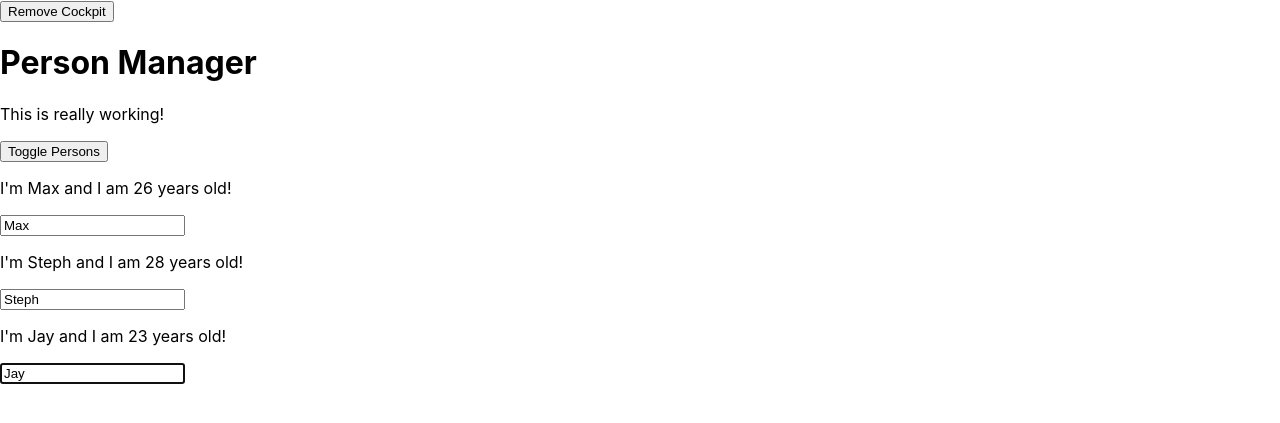
Repository: legil/first-react-app
Page: /
The author's editor kept a copy of each file at every save. The page is drawn from the files as they stood at one save, then again after the next save.
The browser window is 1280 px wide. The pictures show the whole page.
The project was rebuilt for these pictures with package versions that can differ from the ones it lists, and the page was loaded fresh each time. Also part of the build but not shown: src/containers/App.css, src/components/Persons/Person/Person.css, src/components/Cockpit/Cockpit.css.

Above is the page before, as saved 2019-04-10 21:43:50.

### src/index.js
import React from 'react';
import ReactDOM from 'react-dom';
import './index.css';
import App from './containers/App';
import * as serviceWorker from './serviceWorker';

ReactDOM.render(<App appTitle = "Person Manager"/>, document.getElementById('root'));

// If you want your app to work offline and load faster, you can change
// unregister() to register() below. Note this comes with some pitfalls.
// Learn more about service workers: https://bit.ly/CRA-PWA
serviceWorker.unregister();

### src/containers/App.js
import React, { Component } from 'react';

import classes from './App.css';
import Persons from '../components/Persons/Persons';
import Cockpit from '../components/Cockpit/Cockpit';
import withClass from '../hoc/withClass';
import Aux from '../hoc/Auxiliary';

class App extends Component {
  constructor(props){
    super(props);
    console.log('[App.js] constructor');
  }

  state = {
    persons: [
      { id: '1', name: 'Max', age: 26 },
      { id: '2', name: 'Steph', age: 28 },
      { id: '3', name : 'Jay', age: 23 }
    ],
    otherState: 'some other value',
    showPersons: false,
    showCockpit: true,
    changeCounter: 0
  }

  static getDerivedStateFromProps(props, state){
    console.log('[App.js] getDerivedStateFromProps', props)
    return state;
  }

  componentDidMount(){
    console.log('[App.js] componentDidMount');
  }

  shouldComponentUpdate(nextProps, nextState){
    console.log('[App.js] shouldComponentUpdate');
    return true; //default
  }

  componentDidUpdate(){
    console.log('[App.js] componentDidUpdate');
  }


  //binding and two way binding example - on type
  nameChangedHandler = (event, id) => {
    const personIndex = this.state.persons.findIndex(p => {
      return p.id === id;
    })

    const person = {...this.state.persons[personIndex]};
    //const person = Object.assign({}, this.state.persons[personIndex]);

    person.name = event.target.value;

    const persons = [...this.state.persons];
    persons[personIndex] = person;

    this.setState((prevState, props) => {
      return{
        persons: persons,
        changeCounter: this.state.changeCounter + 1
      };
    });
  };

  deletePersonHandler = (personIndex) => {
    //const persons = this.state.persons.slice(); //makes copy of original array instead of referencing
    const persons = [...this.state.persons];
    persons.splice(personIndex, 1);
    this.setState({persons: persons});

  }

 togglePersonsHandler = () => {
      const doesShow = this.state.showPersons;
      this.setState({showPersons : !doesShow})
    }

  render() {
    console.log('[App.js] render');
    let persons = null;

    if(this.state.showPersons){
      persons = ( <Persons
            persons = {this.state.persons}
            clicked={this.deletePersonHandler}
            changed = {this.nameChangedHandler}
          />

      );


    }

    return (
      <Aux>
        <button onClick = {() => {this.setState({showCockpit: false})}}>
          Remove Cockpit
        </button>
        {this.state.showCockpit ? (
        <Cockpit title = {this.props.appTitle}
                showPersons={this.state.showPersons}
                 personsLength = {this.state.persons.length}
                 clicked = {this.togglePersonsHandler} />
          ) : null}
          {persons}
      </Aux>
    );
    //^ bind is better to avoid too much re rendering
   // return React.createElement('div', {className: 'App'}, React.createElement('h1', null, 'Does this work now?'));
  }
}

export default withClass(App, classes.App);

### src/components/Persons/Persons.js
import React, { PureComponent } from 'react';
import Person from './Person/Person';

class Persons extends PureComponent{
        static getDerivedStateFromProps(props, state){
                console.log('[Persons.js] getDerivedStateFromProps');
                return state;
        }

        //componentWillMount() -- legacy, shouldn't be used anymore but exist in older apps

        /* componentWillRecieveProps(props){
                console.log('[Persons.js] componentWillRecieveProps', props);
        } */



       /*  shouldComponentUpdate(nextProps, nextState) {
                console.log('[Persons.js] shouldComponentUpdate');
                if(nextProps.persons !== this.props.persons ||
                   nextProps.changed !== this.props.changed ||
                   nextProps.clicked !== this.props.clicked ){
                      return true;
                }
                else {
                        return false;
                }
        } */

        getSnapshotBeforeUpdate(prevProps, prevState) {
                console.log('[Persons.js getSnapshotBeforeUpdate');
                return {message: 'Snapshot!'};
        }

       /*  componentWillUpdate(){

        } */

        componentDidUpdate(prevProps, prevState, snapshot){
                console.log('[Persons.js] componentDidUpdate');
                console.log(snapshot);
        }

        componentWillUnmount(){
                //any code to run before component is removed goes here
                console.log('[Persons.js] componentWillUnmount');
        }

        render() {
                 console.log('[Persons.js] rendering...');
                 return this.props.persons.map((person, index) => {
                        return (
                                <Person
                                click = {() => this.props.clicked(index)}
                                name = {person.name}
                                age = {person.age}
                                key = {person.id}
                                changed = {(event) => this.props.changed(event, person.id)}/>
                        );
                });
        }
}



export default Persons;

### src/components/Cockpit/Cockpit.js
import React, {useEffect, useRef } from 'react';
import classes from './Cockpit.css';

const cockpit = ( props ) => {
  const toggleBtnRef = React.useRef(null);


    useEffect(() => { //runs after the component renders teh first time
      console.log('[Cockpit.js] useEffect');
      // HttpRequest like componentDidUpdate
      /* setTimeout(() => {
        alert('Saved data');
      }, 1000); */
      toggleBtnRef.current.click();
      return () => {
        console.log('[Cockpit.js] cleanup work in useEffect()]');
      }
    }, []);

    useEffect(() => {
      console.log('[Cockpit.js] 2nd useEffect');
      return () => {
        console.log('[Cockpit.js] cleanup work in 2nd useEffect()]');
      }
    })

    const assignedClasses = [];
    let btnClass= '';
    if (props.showPersons){
     btnClass = classes.Red;
    }



    if(props.personsLength <= 2){
      assignedClasses.push(classes.red); //classes = ['red']
    }
    if(props.personsLength <= 1){
      assignedClasses.push(classes.bold); //classes = ['red', 'bold']
    }

    return (
        <div className={classes.Cockpit}>
            <h1> {props.title} </h1>
            <p className = {assignedClasses.join(' ')}> This is really working!</p>
            <button ref = {toggleBtnRef}
                    className = {btnClass}
                    onClick = {props.clicked}>Toggle Persons</button>
        </div>
    );
}

export default React.memo(cockpit);

### src/hoc/withClass.js
import React from 'react';

const withClass = (WrappedComponent, className) => {
    return props => (
        <div className = {className}>
            <WrappedComponent {...props}/>

        </div>
    )
}










/* <div className = {props.classes}>
        {props.children}
    </div> */


export default withClass;

### src/components/Persons/Person/Person.js
import React, {Component} from 'react';
import PropTypes from 'prop-types';

import Aux from '../../../hoc/Auxiliary';
import withClass from '../../../hoc/withClass';
import classes from './Person.css';




class Person extends Component{
    constructor(props){
        super(props);
        this.inputElementRef = React.createRef();
    }

    componentDidMount(){
        //this.inputElement.focus();
        this.inputElementRef.current.focus();
    }

    render() {
    console.log('[Person.js] rendering ...');
        return (
        <Aux>
            <p key = "i1" onClick={this.props.click}>I'm {this.props.name} and I am {this.props.age} years old!</p>
            <p key = "i2">{this.props.children}</p>
            <input key ="i3"
            type="text"
            // ref ={(inputEl) => {this.inputElement = inputEl}}
            ref={this.inputElementRef}
            onChange={this.props.changed}
            value = {this.props.name}/>
        </Aux>
        );
    }
}

Person.propTypes = {
    click: PropTypes.func,
    name: PropTypes.string,
    age: PropTypes.number,
    changed: PropTypes.func
};
export default withClass(Person, classes.Person);

Loaded but not shown: public/index.html (common file); src/index.css (common file); src/serviceWorker.js (common file); src/hoc/Auxiliary.js (common file)

After the next save:
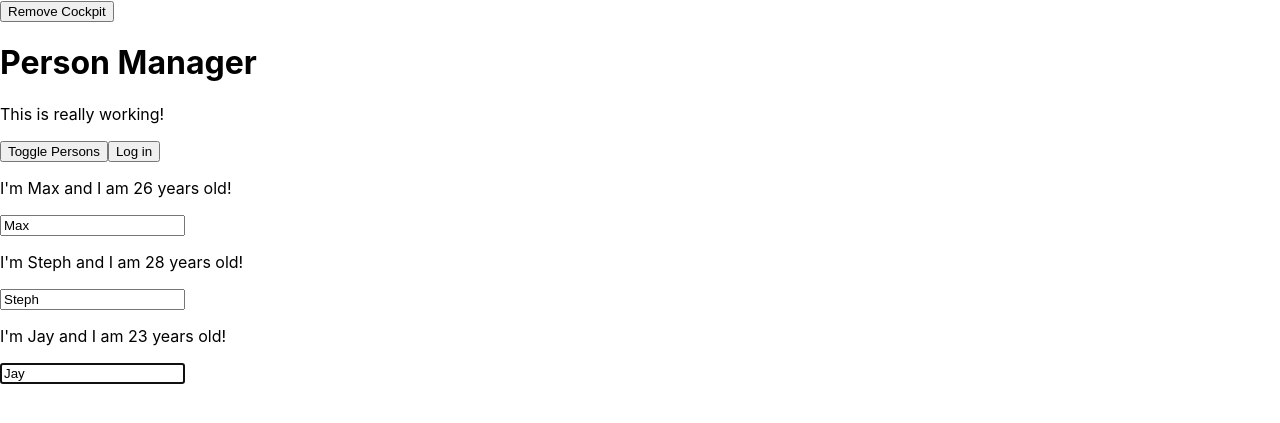
Saved 6 min 20 s later.
--- a/src/containers/App.js
+++ b/src/containers/App.js
@@ -21,7 +21,8 @@ class App extends Component {
     otherState: 'some other value',
     showPersons: false,
     showCockpit: true,
-    changeCounter: 0
+    changeCounter: 0,
+    authenticated: false
   }
 
   static getDerivedStateFromProps(props, state){
@@ -73,10 +74,17 @@ class App extends Component {
 
   }
 
- togglePersonsHandler = () => {
+  togglePersonsHandler = () => {
       const doesShow = this.state.showPersons;
       this.setState({showPersons : !doesShow})
-    }
+  }
+
+  loginHandler = () => {
+    this.setState({authenticated: true});
+  }
+
+
+
 
   render() {
     console.log('[App.js] render');
@@ -87,6 +95,7 @@ class App extends Component {
             persons = {this.state.persons}
             clicked={this.deletePersonHandler}
             changed = {this.nameChangedHandler}
+            isAuthenticated = {this.state.authenticated}
           />
 
       );
@@ -103,7 +112,8 @@ class App extends Component {
         <Cockpit title = {this.props.appTitle}
                 showPersons={this.state.showPersons}
                  personsLength = {this.state.persons.length}
-                 clicked = {this.togglePersonsHandler} />
+                 clicked = {this.togglePersonsHandler}
+                 login = {this.loginHandler} />
           ) : null}
           {persons}
       </Aux>
--- a/src/components/Persons/Persons.js
+++ b/src/components/Persons/Persons.js
@@ -55,7 +55,8 @@ class Persons extends PureComponent{
                                 name = {person.name}
                                 age = {person.age}
                                 key = {person.id}
-                                changed = {(event) => this.props.changed(event, person.id)}/>
+                                changed = {(event) => this.props.changed(event, person.id)}
+                                isAuth = {this.props.isAuthenticated} />
                         );
                 });
         }
--- a/src/components/Cockpit/Cockpit.js
+++ b/src/components/Cockpit/Cockpit.js
@@ -45,7 +45,9 @@ const cockpit = ( props ) => {
             <p className = {assignedClasses.join(' ')}> This is really working!</p>
             <button ref = {toggleBtnRef}
                     className = {btnClass}
-                    onClick = {props.clicked}>Toggle Persons</button>
+                    onClick = {props.clicked}>Toggle Persons
+            </button>
+            <button onClick={props.login}> Log in </button>
         </div>
     );
 }
